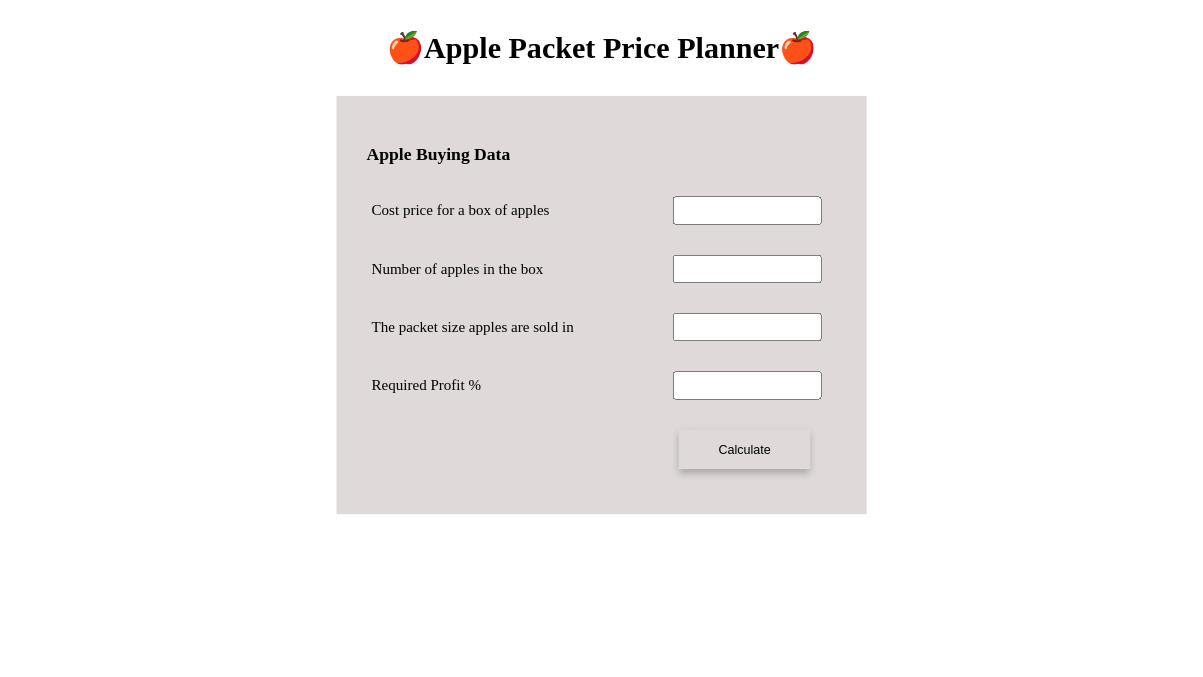
Repository: lasity34/apple-packet-price-planner
Page: index.html
The author's editor kept a copy of each file at every save. The page is drawn from the files as they stood at one save, then again after the next save.
The browser window is 1280 px wide. The pictures show the whole page, at 94% of full size.

Above is the page before, as saved 2023-05-29 11:50:09.

### index.html
<!DOCTYPE html>
<html lang="en">
  <head>
    <meta charset="UTF-8" />
    <meta http-equiv="X-UA-Compatible" content="IE=edge" />
    <meta name="viewport" content="width=device-width, initial-scale=1.0" />
    <title>Apple Packet Price Planner</title>
    <link href="./style.css" rel="stylesheet" />
  </head>
  <body>
    <h1>🍎Apple Packet Price Planner🍎</h1>
    <main>
      <h3>Apple Buying Data</h3>
      <section class="input_section">
        <div class="input_container">
          <label for="apple_price">Cost price for a box of apples</label><br />
          <input
            type="number"
            id="apple_price"
            name="apple_price"
            required
          /><br />
        </div>
      </section>
      <section class="input_section">
        <div class="input_container">
          <label for="apple_num">Number of apples in the box</label><br />
          <input type="number" id="apple_num" name="apple_num" required /><br />
        </div>
      </section>
      <section class="input_section">
        <div class="input_container">
          <label for="packet_size">The packet size apples are sold in</label><br />
          <input type="number" id="packet_size" name="packet_size" required /><br />
        </div>
      </section>
      <section class="input_section">
        <div class="input_container">
          <label for="profit_required">Required Profit %</label><br />
          <input type="number" id="profit_required" name="profit_required" required /><br />
        </div>
      </section>
      <div class="btn_container">
        <div></div>
        <button class="calculate_btn">Calculate</button>
      </div>
    </main>
  </body>
  <script src="./apple-factory.js"></script>
  <script src="./apple-dom.js"></script>
</html>

### style.css

h1 {
    text-align: center;
    margin: 1em;
}

main {
    background-color: rgb(223, 217, 217);
    margin: 0 auto;
    padding: 2em;
    width: 70%;
    max-width: 500px;
}

.input_section {
    padding: 1em 0;
}

.input_container {
    display: flex;
    justify-content: space-around;
    height: 30px;
}

.input_container input {
    width: 30%;
}

.input_container label {
    width: 60%;
   align-self: center;
}

.btn_container {
    display: flex;
    justify-content: space-around;
    padding: 1em;

}

.btn_container div {
    width: 60%;
}

.calculate_btn {
    background-color: rgb(223, 217, 217);
    width: 30%;
    padding: 1em;
    border: none;
    box-shadow: 0px 4px 8px rgba(0, 0, 0, 0.25);
}

### apple-factory.js


function apple_factory(price, num, size, profit) {

    let apple_cost_price = price || 0;
    let num_apples = num || 0;
    let packet_size = size || 0;
    let profit_required = profit || 0;

    function apple_price(price) {
        apple_cost_price = price
    }

     function apple_count(num) {
        num_apples = num
     }

     function apple_size(packet) {
        packet_size = packet
     }

     function profit_input(input) {
        profit_required = input
     }

    function apples_price_length() {
        return apple_cost_price
    }

    function apple_count_length() {
        return num_apples
    }

    function apple_size_length() {
        return packet_size
    }

    function profit_required_length() {
        return profit_required
    }

    function number_of_packets() {
        const num_packets = Math.floor( num_apples / packet_size)
        return num_packets
    }

    return {
        apple_price,
        apples_price_length,
        apple_count,
        apple_count_length,
        apple_size,
        apple_size_length,
        profit_input,
        profit_required_length,
        number_of_packets


    }
}

### apple-dom.js
const calculate_btn = document.querySelector(".calculate_btn");
const apple_cost_input = document.getElementById("apple_price").value;
const apple_num_input = document.getElementById("apple_num").value;
const packet_size_input = document.getElementById("packet_size").value;
const profit_required_input = document.getElementById("profit_required").value;




const apple_fact = apple_factory(apple_cost_input, apple_num_input, packet_size_input, profit_required_input);

function apple_dom() {


  console.log(apple_fact.apples_price_length());
  console.log(apple_fact.apple_count_length());
}

calculate_btn.addEventListener("click", apple_dom);

After the next save:
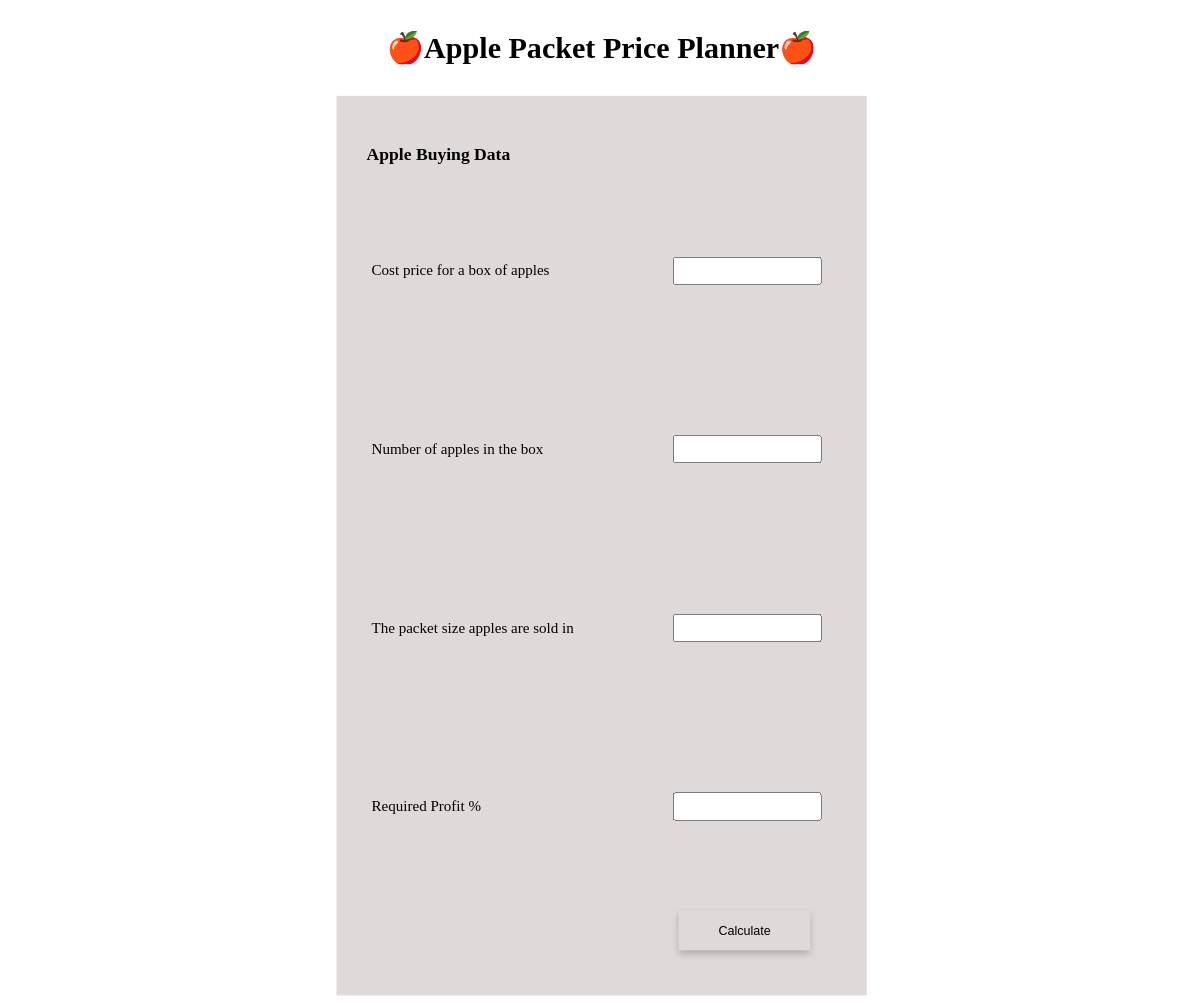
Saved 45 s later.
--- a/style.css
+++ b/style.css
@@ -13,7 +13,7 @@ main {
 }
 
 .input_section {
-    padding: 1em 0;
+    padding: 05em 0;
 }
 
 .input_container {
